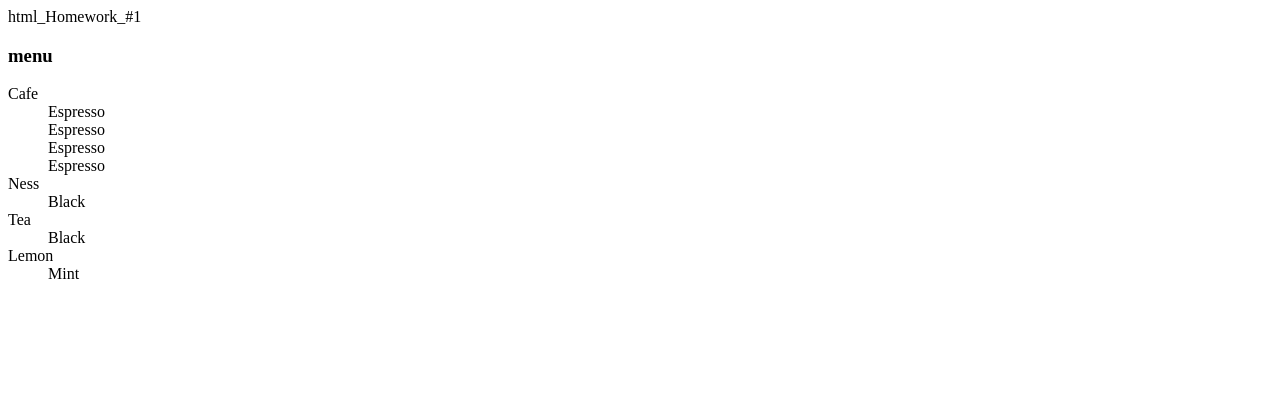
Repository: Julian-Escobar/menu
Page: index.html
These files come from the project's save history. The page is drawn as it stood at one moment and after the next save; the edit follows.
The browser window is 1280 px wide. The pictures show the whole page.

Above is the page before, as saved 2018-08-12 18:48:25.

After the next save:
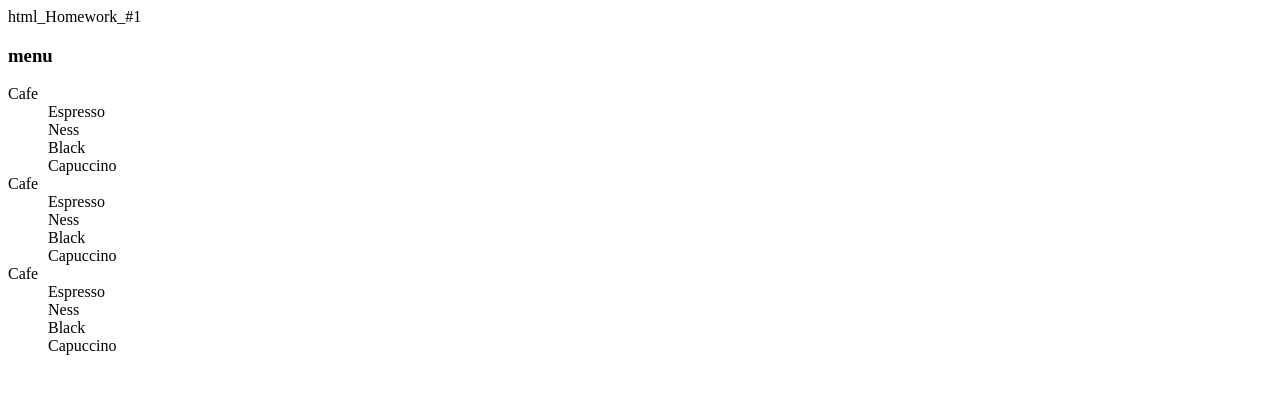
Saved 90 s later.
--- a/index.html
+++ b/index.html
@@ -8,15 +8,19 @@
 <dl>
   <dt>Cafe</dt>
     <dd>Espresso</dd>
+    <dd>Ness</dd>
+    <dd>Black</dd>
+    <dd>Capuccino</dd>
+    <dt>Cafe</dt>
     <dd>Espresso</dd>
+    <dd>Ness</dd>
+    <dd>Black</dd>
+    <dd>Capuccino</dd>
+    <dt>Cafe</dt>
     <dd>Espresso</dd>
-    <dd>Espresso</dd>
-    <dt>Ness</dt>
+    <dd>Ness</dd>
     <dd>Black</dd>
-  <dt>Tea</dt>
-    <dd>Black</dd>
-    <dt>Lemon</dt>
-    <dd>Mint</dd>
+    <dd>Capuccino</dd>
 </dl>
 
   </body>
